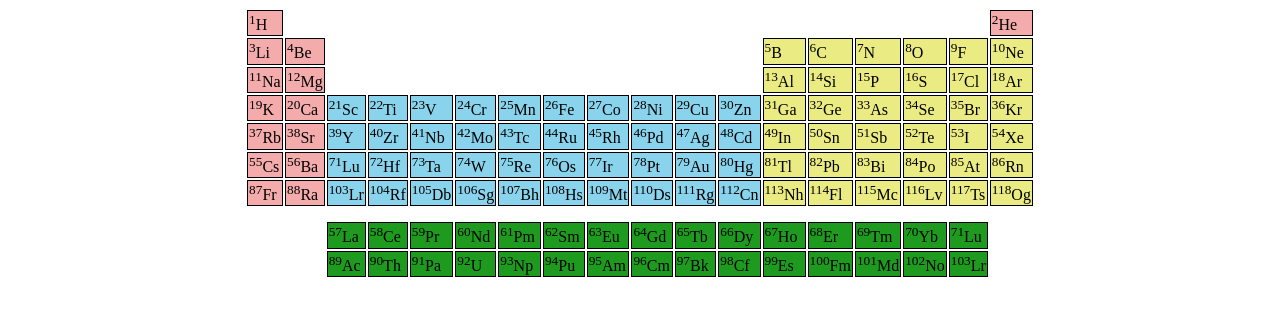
Repository: punitbathija/Placement-Assitance-iNeuron
Page: periodicTable.html
These files come from the project's save history. The page is drawn as it stood at one moment and after the next save; the edit follows.
The browser window is 1280 px wide. The pictures show the whole page.

Above is the page before, as saved 2023-05-22 18:14:28.

After the next save:
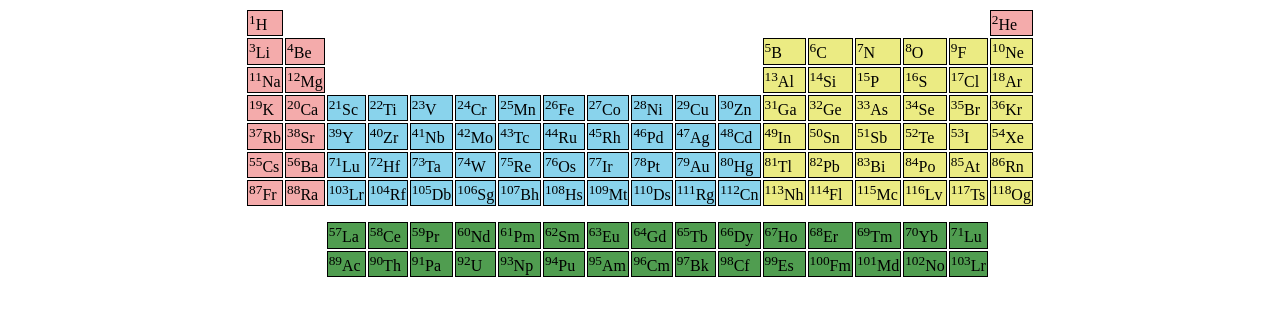
Saved 12 s later.
--- a/periodicTable.css
+++ b/periodicTable.css
@@ -21,5 +21,5 @@
     background-color: rgb(235, 235, 131);
 }
 .green{
-    background-color: rgb(30, 155, 30);
+    background-color: rgb(80, 157, 80);
 }
